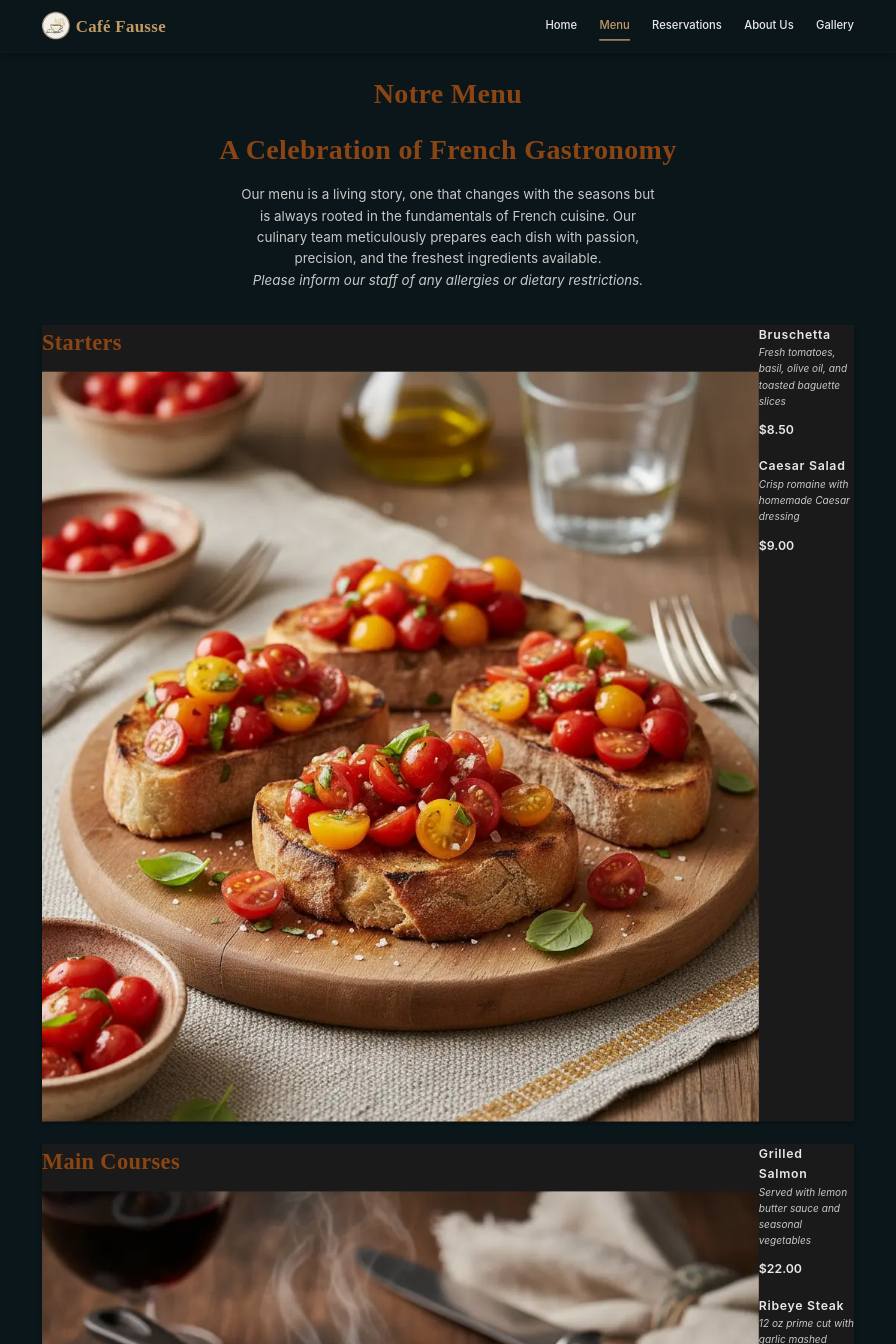
Repository: MatVanDenArt/MSSE-Cafe-Fausse
Page: /menu (app in frontend/)
The author's editor kept a copy of each file at every save. The page is drawn from the files as they stood at one save, then again after the next save.
The browser window is 1280 px wide. The pictures show the part of the page from y = 0 to 1920 px (the page is 5565 px tall), at 70% of full size.
The page's requests for data from a server got no answer. The project was rebuilt for these pictures with package versions that can differ from the ones it lists, and the page was loaded fresh each time. No one was signed in, and anything a server would have sent is missing. Also part of the build but not shown: frontend/src/pages/Home.css, frontend/src/pages/Home.js, frontend/src/pages/Reservations.css, frontend/src/pages/Reservations.js, frontend/src/pages/About.css, frontend/src/pages/About.js, frontend/src/pages/Gallery.css, frontend/src/pages/Gallery.js.

Above is the page before, as saved 2025-11-04 16:27:25.

After the next save:
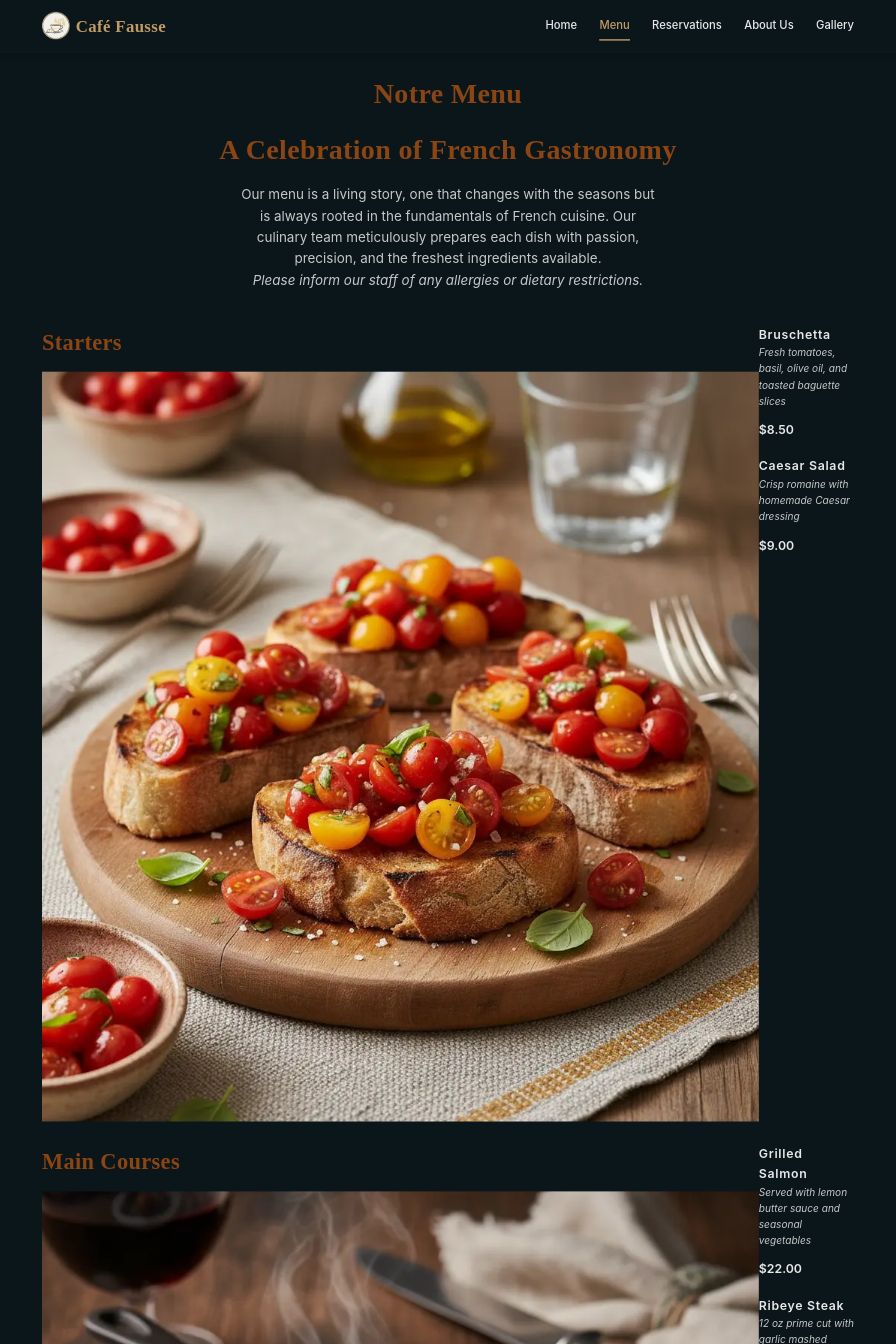
Saved 2 min 26 s later.
--- a/frontend/src/pages/Menu.css
+++ b/frontend/src/pages/Menu.css
@@ -35,9 +35,6 @@
 .menu-section {
   margin-bottom: 2rem;
   display: flex;
-  background: #1a1a1a;
-  border-radius: 0;
-  box-shadow: 0 4px 6px rgba(0, 0, 0, 0.3);
   overflow: hidden;
 }
 
